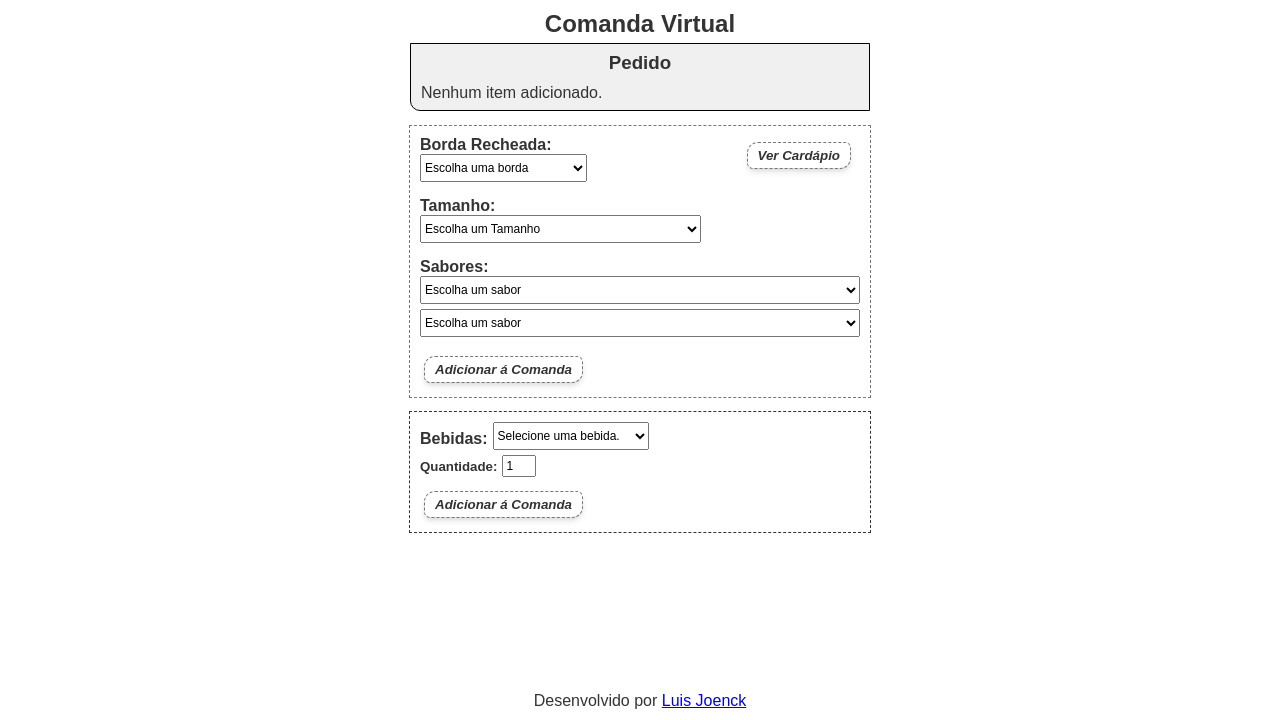
Repository: Joenck91/front-comanda-virtual
Page: index.html
An editor plug-in stored every save of this project. The page is shown before and after the next save, followed by the edit.
The browser window is 1280 px wide. The pictures show the whole page.

Above is the page before, as saved 2025-10-05 15:13:06.

### index.html
<!DOCTYPE html>
<html lang="pt-br">
<head>
    <meta charset="UTF-8">
    <meta name="viewport" content="width=device-width, initial-scale=1.0">
    <title>Virtual Command</title>
    <link rel="stylesheet" href="style/base.css">
    <link rel="stylesheet" href="style/layout.css">
    <link rel="stylesheet" href="style/modules.css">
    <link rel="stylesheet" href="style/themes.css">
    <link rel="stylesheet" href="style/responsive.css">
</head>
<body class="body-style">
    <header>
        <div class="title-buttons">
            <h2>Comanda Virtual</h2>
        </div>
        <div class="command-box" id="total">
            <h3>Pedido</h3>
            <div class="ordered-items" id="ordered-items">
                <p>Nenhum item adicionado.</p>
            <!--CRIAR ESTRUTURA DE PEDIDO COM JSON-->
            </div>
        </div>
    </header>

    <main>
        <!-- Cardápio-->
        <div class="view-menu-box" id="view-menu-box"></div>
        <!-- Formulário de Pizzas-->
        <form class="unit-pizza-box">

            <!-- Borda recheada -->
            <div class="border-pizza-box pad-bot-10">
                <label for="border"><h4>Borda Recheada:</h4></label>
                <select name="border" id="border" required>
                    <option value="" selected >Escolha uma borda</option>
                </select>
            </div>

            <!-- Tamanho da pizza -->
            <div class="size-pizza-box pad-bot-10">
                <label for="size"><h4>Tamanho:</h4></label>
                <select name="size" id="size" required>
                    <option value="" selected >Escolha um Tamanho</option>
                </select>
            </div>

            <!-- Sabores -->
            <div id="choose-pizza-box" class="choose-pizza-box pad-bot-10">
                <button type="button" class="buttons-style view-menu-button" id="view-menu"><strong>Ver Cardápio</strong></button>
                <label for="flavors"><h4>Sabores:</h4></label>
                <select name="flavors" id="flavor_one" class="flavor_one" required>
                    <option value="" selected >Escolha um sabor</option>
                </select>
                <select name="flavors" id="flavor_two" class="flavor_two">
                    <option value="" selected >Escolha um sabor</option>
                </select>
                <select name="flavors" id="flavor_three" class="flavor_three">
                    <option value="" selected >Escolha um sabor</option>
                </select>
                <select name="flavors" id="flavor_four" class="flavor_four">
                    <option value="" selected >Escolha um sabor</option>
                </select>
            </div>

            <button type="submit" class="buttons-style"><strong>Adicionar á Comanda</strong></button>
        </form>

        <!-- Formulário de Bebidas -->
        <form class="command-drink">
            <div class="choose-drink-box">
                <label for="drinks"><h4>Bebidas:</h4></label>
                <select name="drinks" id="" required>
                    <option value="">Selecione uma bebida.</option>
                </select>
            </div>
            <div class="unit-input-drink">
                <label for="unit-drink"><h5>Quantidade:</h5></label>
                <input type="number" name="unit-drink" id="unit-drink" min="1" value="1" required>
            </div>
            <button type="submit" class="buttons-style"><strong>Adicionar á Comanda</strong></button>
        </form>
    </main>
    <footer>
        <p>Desenvolvido por <a href="www.instagram.com/joenckluis">Luis Joenck</a></p>
    </footer>

<script type="module" src="script/main.js"></script>
</body>
</html>

### style/base.css
*{
    margin:0;
    padding:0;
    box-sizing:border-box;
}
html, body{
    width:100%;
    height: 100%;
    display:flex;
    flex-direction:column;
    align-items: center;
    justify-content: start;
    overflow: auto;
    font-family: Arial, Helvetica, sans-serif;
    color: #333;
}
body{
    max-width: 500px;
}
header{
    width: 100%;
    display: flex;
    flex-direction: column;
    justify-content: center;
    align-items: center;
    padding: 10px 20px 0 20px;
    top:0;
    left: 0;
    z-index: 1000;
    background-color: white;
}
main{
    flex: 1;
    margin: 0 auto;
    padding: 0 20px;
    border-radius: 4px;
    width: 100%;
    max-width: 100%;
    position: relative;
}
h1{
    padding-bottom: 15px;
}
h2{
    padding-bottom: 5px;
}
li{
    font-style: italic;
}
button{
    background-color: #ccc;
    color: #333;
    padding: 5px 10px;
    border: 1px solid #333;
    border-radius: 5px;
    margin:5px;
    box-shadow: 0 4px 6px rgba(0, 0, 0, 0.1),
    0 2px 4px rgba(0, 0, 0, 0.06);
}
button:hover{
    cursor:pointer;
}
select{
    margin-bottom: 5px;
    padding: 5px 0;
    font-size: 12px;
}
label{
    margin-right: 5px;
}
input[type="number"] {
    font-size: 12px;
    padding: 2px;
    width: 5ch;
}
input:hover{
    cursor: pointer;
}
option p{
    background-color: #f0f0f0;
    padding: 5px;
}
footer{
    padding: 10px;
}

### style/layout.css
/*-----------------------------------------------------------------------------*/
/*                               HEADER                                        */
/*-----------------------------------------------------------------------------*/

/*-----------------------------------------------------------------------------*/
/*                          PEDIDO                                     */
/*-----------------------------------------------------------------------------*/
.command-box{
    background-color:#f0f0f0;
    width: 100%;
    padding: 8px 10px;
    height: fit-content;
    border-bottom-left-radius: 10px;
    border: 1px solid black;
    display: flex;
    flex-direction: column;
}
.command-box h3{
    width: 100% ;
    text-align: center;
    margin-bottom: 10px;}
.ordered-item{
    border: 1px dashed #333;
    padding: 5px;
    margin: 5px 0;
    min-width: 100%;
}

/*-----------------------------------------------------------------------------*/
/*                              CARDÁPIO                                       */
/*-----------------------------------------------------------------------------*/
.view-menu-box{/*pagina do cardápio*/
    position: absolute;
    right: 20px;
    left: 20px;
    background-color:rgb(255, 244, 227);
    padding: 10px;
    width: fit-content;
    max-width: 94%;
    height: 80vh;
    overflow: auto;
    border-radius: 15px;
    display: none;
    flex-direction: column;
    box-shadow: 0 4px 8px #00000033;
    z-index: 1000;
    outline: 1px dashed #333;
}
.menu-title{/*titulos do cardápio 'pizzas/bebidas*/
    border-bottom: 2px dashed black;
    text-align: center;
    padding: 3px;
    margin: 15px 0;
}
.menu-item{/*Itens do menu*/
    margin: 3px 0;
}
.pizza-description{/*Descrições de cada item*/
    margin-left: 25px;
}
/*-----------------------------------------------------------------------------*/
/*                        UNIDADE DE PIZZA                                     */
/*-----------------------------------------------------------------------------*/
.unit-pizza-box{/*Div pai com as opções de escolhas de uma pizza.*/
    outline: 1px dashed #777;
    padding: 10px;
    margin: 15px 0;
}
.border-pizza-box, .size-pizza-box{/*Box com opções de bordas*/

    display: flex;
    flex-direction: column;
    width: fit-content;
    align-items: start;
}
.choose-pizza-box{/*box referente aos campos para escolher sabores*/
    display: flex;
    flex-direction: column;
    position: relative;
}
.flavor_three, .flavor_four{/*Referente ao terceiro e quarto sabro que só devem aparecer conforme escolha de tamanhos.*/
    display: none;
}
/*-----------------------------------------------------------------------------*/
/*                        UNIDADE DE BEBIDA                                    */
/*-----------------------------------------------------------------------------*/
.command-drink{/*Div pai com as opções de escolhas de uma bebida*/
    outline: 1px dashed #333;
    padding: 10px;
    margin: 15px 0;
}
.choose-drink-box, .unit-input-drink{
    display: flex;
    flex-direction: row;
    align-items: center;
}
.unit-input-drink{
    padding-bottom: 10px;
}

### style/modules.css
/*-----------------------------------------------------------------------------*/
/*                             BOTÕES                                          */
/*-----------------------------------------------------------------------------*/
.view-menu-button{
    position: absolute;
    top: -120px;
    right: 5px;;
}
.menu-exit{/*botão que fecha o cardápio*/
    display: flex;
    position: sticky;
    top:0;
    width: fit-content;
    margin-left: auto;
    background-color: #f0f0f0;
    box-shadow: 0 4px 6px rgba(0, 0, 0, 0.1),
    0 2px 4px rgba(0, 0, 0, 0.06);
    border-radius: 2px 10px;
}
.buttons-style{/*Estilo para os botões*/
    width: fit-content;
    outline: 1px dashed #777;
    border: none;
    border-radius: 10px 5px;
    background-color: white;
    font-style: italic;
}
/*-----------------------------------------------------------------------------*/
/*                     PARA VÁRIOS ELEMENTOS                                   */
/*-----------------------------------------------------------------------------*/
.pad-bot-10{
    padding-bottom: 10px;
}

### script/main.js
import viewMenuBox from "./interface/view-menu.js";
import menuShowClose from "./buttons/menu-show-close.js";
import * as inputsContent from "./interface/inputs-contents.js"
import chooseSize from "./interface/choose-sizes.js";
import * as writingOrders from "./command/orders.js";

//Funções que precisam acessar json.
document.addEventListener('DOMContentLoaded', ()=>{
    // Faz uma requisição GET para a rota /api/menu para buscar os dados do cardápio.
    fetch('./data/menu.json')
    .then(res => res.json()) // Converte a resposta para JSON.
    .then(menu => {


        viewMenuBox(menu);  //Carrega menu.
        menuShowClose();    //Abre e fecha cardápio.
        inputsContent.showBorders(menu.borders);//Opções de bordas
        inputsContent.showsizes(menu.sizes);//Opções de tamanhos
        inputsContent.showFlavors(menu.pizzas);//Opções de pizzas
        inputsContent.showDrinks(menu.drinks);  //Opções de bebidas
        chooseSize();//Define quantidade de sabores de acordo com o tamanho selecionado.
        writingOrders.writingOrder(menu);//Armazena as opçoes escolhidas pelo usuário na variável orders


    })
    .catch(err => console.error('Erro ao carregar menu:', err));// Captura e exibe no console qualquer erro ocorrido ao carregar o menu.
});

### script/interface/view-menu.js
/* ********FUNÇÃO QUE CRIA O CARDÁPIO ******** */


export default function viewMenuBox (menu){
  const box = document.getElementById('view-menu-box');
        box.innerHTML = ''; // Limpa o conteúdo da div

        //Cria o titula Pizzas
        const titlePizza = document.createElement('h3');
        titlePizza.classList.add('menu-title');
        titlePizza.textContent = 'Pizzas';
        box.appendChild(titlePizza);

        const exit = document.createElement('button');
        exit.type ='button';
        exit.classList.add('menu-exit')
        exit.classList.add('exit-delete')
        exit.id = 'menuExit';
        exit.textContent = 'Sair';
        box.appendChild(exit);

        // Cria a lista das pizzas
        menu.pizzas.forEach(pizza => {
          const pizzaDiv = document.createElement('div');
          pizzaDiv.classList.add('menu-item'); // você pode estilizar no CSS

          const pizzaTitle = document.createElement('h4');
          pizzaTitle.textContent = `🍕 ${pizza.name}`;

          const pizzaDesc = document.createElement('p');
          pizzaDesc.classList.add('pizza-description')
          pizzaDesc.textContent = pizza.description;

          pizzaDiv.appendChild(pizzaTitle);
          pizzaDiv.appendChild(pizzaDesc);
          box.appendChild(pizzaDiv);
        });

        //Cria o titulo Bebidas
        const titleDrink = document.createElement('h3');
        titleDrink.classList.add('title');
        titleDrink.textContent = 'Bebidas';
        box.appendChild(titleDrink);

        //Cria a lista das bebidas
        menu.drinks.forEach(drink => {
          const drinkDiv = document.createElement('div');
          drinkDiv.classList.add('item');

          const drinkTitle = document.createElement('h4');
          drinkTitle.textContent = `🥤 ${drink.name} - R$ ${drink.price.toFixed(2)}`;

          drinkDiv.appendChild(drinkTitle);
          box.appendChild(drinkDiv);
        });
};

### script/buttons/menu-show-close.js

//Função para mostrar cardápiio e fechar cardápio
export default function menuShowClose (){
    const viewMenu = document.getElementById('view-menu');//Identifica o botão com "Ver cardápio"
    const closeMenu = document.getElementById('menuExit');//Identifica botão "sair" do cardápio.
    const menuBox = document.querySelector('.view-menu-box');//Identifica div que mostra cardápio

    viewMenu.addEventListener('click',()=>{//Escuta o evento de clique no botão "Ver cardápio"
        console.log("abrir")
        menuBox.style.display = 'flex';
    });
    closeMenu.addEventListener('click', ()=>{//Escuta o evento clique no botão "sair"
       console.log("sair");
        menuBox.style.display = 'none';
    });
};

### script/interface/inputs-contents.js
// Funções para preencher os selects
function showsizes(sizes) {
    const selectSizes = document.getElementById("size");
    sizes.forEach(size => {
        const option = document.createElement("option");
        option.value = size.name;
        option.textContent = `${size.name} - R$${size.price.toFixed(2)}`;
        selectSizes.appendChild(option);
    });
}

function showFlavors(pizzas) {
    const selectsFlavors = [
        document.getElementById("flavor_one"),
        document.getElementById("flavor_two"),
        document.getElementById("flavor_three"),
        document.getElementById("flavor_four")
    ];

    selectsFlavors.forEach(select => {
        pizzas.forEach(pizza => {
            const option = document.createElement("option");
            option.value = pizza.name;
            option.textContent = pizza.name;
            select.appendChild(option);
        });
    });
}

function showBorders(borders) {
    const selectBorder = document.getElementById("border");
    borders.forEach(border => {
        const option = document.createElement("option");
        option.value = border.name;
        option.textContent = `${border.name} - R$${border.price.toFixed(2)}`;
        selectBorder.appendChild(option);
    });
}

function showDrinks(drinks) {
    const selectDrinks = document.querySelector('.command-drink select');
    drinks.forEach(drink => {
        const option = document.createElement("option");
        option.value = drink.name;
        option.textContent = `${drink.name} - R$${drink.price.toFixed(2)}`;
        selectDrinks.appendChild(option);
    });
}

export {showBorders, showsizes, showFlavors, showDrinks};

### script/interface/choose-sizes.js
// Pega o select de tamanho
const selectSize = document.getElementById("size");

// Variável para armazenar o tamanho selecionado
let sizeChecked = "";

//Função para exibir os sabores de acordo com a escolha do tamanho da pizza
function updateFlavor(size) {
    document.querySelector('.flavor_three').style.display = (size === 'GRANDE(3 sabores, 12 fatias, 35cm)' || size === 'GIGANTE(4 sabores, 16 fatias, 40cm)' || size === 'KING(4 sabores, 20 fatias, 45cm)') ? 'flex' : 'none';//Se o tamanho for grande, gigante e king: aparece o terceiro sabor
    document.querySelector('.flavor_four').style.display = (size === 'GIGANTE(4 sabores, 16 fatias, 40cm)' || size === 'KING(4 sabores, 20 fatias, 45cm)') ? 'flex' : 'none';//Se o tamanho for gigante e king: aparece o quarto sabor.
}

export default function chooseSizes (){
        // Escuta quando o usuário muda a opção
    selectSize.addEventListener("change", (event) => {
        sizeChecked = event.target.value; // aqui está o valor selecionado
        updateFlavor(sizeChecked);
    });
};

### script/command/orders.js
import  showItems from "../interface/command-box/show-items.js";
//Array que guarda todos os pedidos da sessão
let notedOrder = {
    pizzas: [],
    drinks: []
};

function writingOrder (menu){
    // Captura o envio do formulário de pizza
    const formPizza = document.querySelector('.unit-pizza-box');
    formPizza.addEventListener('submit', (e) => {
        e.preventDefault(); // evita reload da página
        //código aqui

        const pizzaOrder = {
            pizza: document.getElementById('size').value,
            borda: document.getElementById('border').value,
            sabores: [
                document.getElementById('flavor_one').value,
                document.getElementById('flavor_two').value,
                document.getElementById('flavor_three').value,
                document.getElementById('flavor_four').value
            ].filter(s => s), // remove strings vazias
        };

        // Adiciona ao array de pedidos
        notedOrder.pizzas.push(pizzaOrder);

        // Atualiza a exibição dos itens pedidos
        showItems(notedOrder);


        console.log(notedOrder);


    });

    //Captura o envio do formulário de bebidas
    const formDrinks = document.querySelector('.command-drink');
    formDrinks.addEventListener('submit', (e) =>{
        e.preventDefault(); //evita reload da página
        //código aqui
        const drinkOrder = {
            bebida: document.querySelector('.command-drink select').value,
            quantidadeBebida: parseInt(document.getElementById('unit-drink').value, 10)
        };

        // Adiciona ao array de pedidos
        notedOrder.drinks.push(drinkOrder);
        // Atualiza a exibição dos itens pedidos
        showItems(notedOrder);


        console.log(notedOrder);
    });

};

export {writingOrder, notedOrder};

### script/interface/command-box/show-items.js

//função que mostra os itens pedidos na interface
export default function showItems(notedOrder){
    const orderedItemsDiv = document.getElementById('ordered-items');
    orderedItemsDiv.innerHTML = ''; // Limpa o conteúdo anterior

    // Mostra pizzas
    notedOrder.pizzas.forEach((pizza, index) => {
        const pizzaDiv = document.createElement('div');
        pizzaDiv.classList.add('ordered-item');
        pizzaDiv.innerHTML = `
            <h4>Pizza ${index + 1}</h4>
            <p>Pizza: ${pizza.pizza}</p>
            <p>Borda: ${pizza.borda}</p>
            <p>Sabor(es): ${pizza.sabores.join(', ')}</p>
            <button class="remove-button" data-index="${index}" data-type="pizza">Remover Pizza</button>
        `;
        orderedItemsDiv.appendChild(pizzaDiv);
    });

    // Mostra bebidas
    notedOrder.drinks.forEach((drink, index) => {
        const drinkDiv = document.createElement('div');
        drinkDiv.classList.add('ordered-item');
        drinkDiv.innerHTML = `
            <h4>Bebida ${index + 1}</h4>
            <p>Bebida: ${drink.bebida}</p>
            <p>Quantidade: ${drink.quantidadeBebida}</p>
            <button class="remove-button" data-index="${index}" data-type="drink">Remover Bebida</button>
        `;
        orderedItemsDiv.appendChild(drinkDiv);
    });
};

### script/buttons/remove-command-item.js
//função que remove itens da comanda

import { notedOrder } from "../command/orders";
import showItems from "../interface/command-box/show-items.js";

export default function removeCommandItem(){
    const orderedItemsDiv = document.getElementById('ordered-items');

    orderedItemsDiv.addEventListener('click', (e) => {
        if (e.target.classList.contains('remove-button')) {
            const index = parseInt(e.target.getAttribute('data-index'), 10);
            const type = e.target.getAttribute('data-type');

            if (type === 'pizza') {
                notedOrder.pizzas.splice(index, 1);
            } else if (type === 'drink') {
                notedOrder.drinks.splice(index, 1);
            }

            // Atualiza a exibição dos itens pedidos
            showItems(notedOrder);

            console.log(notedOrder);
        }
    });
}

Loaded but not shown: data/menu.json (282 lines, source omitted); style/themes.css (no stored copy; drawn as an empty file); style/responsive.css (no stored copy; drawn as an empty file)

After the next save:
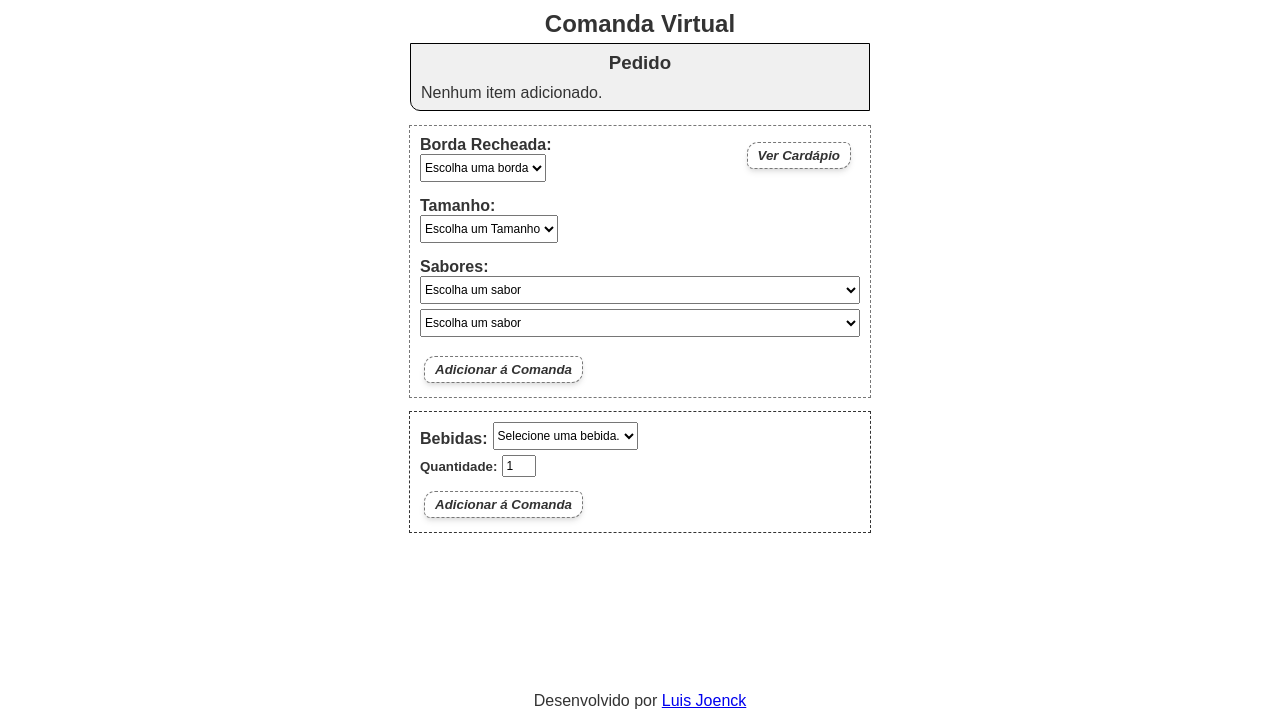
Not found: script/command/orders
Saved 10 min 25 s later.
--- a/script/main.js
+++ b/script/main.js
@@ -3,6 +3,7 @@ import menuShowClose from "./buttons/menu-show-close.js";
 import * as inputsContent from "./interface/inputs-contents.js"
 import chooseSize from "./interface/choose-sizes.js";
 import * as writingOrders from "./command/orders.js";
+import removeCommandItem from "./buttons/remove-command-item.js";
 
 //Funções que precisam acessar json.
 document.addEventListener('DOMContentLoaded', ()=>{
@@ -20,7 +21,7 @@ document.addEventListener('DOMContentLoaded', ()=>{
         inputsContent.showDrinks(menu.drinks);  //Opções de bebidas
         chooseSize();//Define quantidade de sabores de acordo com o tamanho selecionado.
         writingOrders.writingOrder(menu);//Armazena as opçoes escolhidas pelo usuário na variável orders
-
+        removeCommandItem();//Remove itens da comanda
 
     })
     .catch(err => console.error('Erro ao carregar menu:', err));// Captura e exibe no console qualquer erro ocorrido ao carregar o menu.

After the 2 saves that followed:
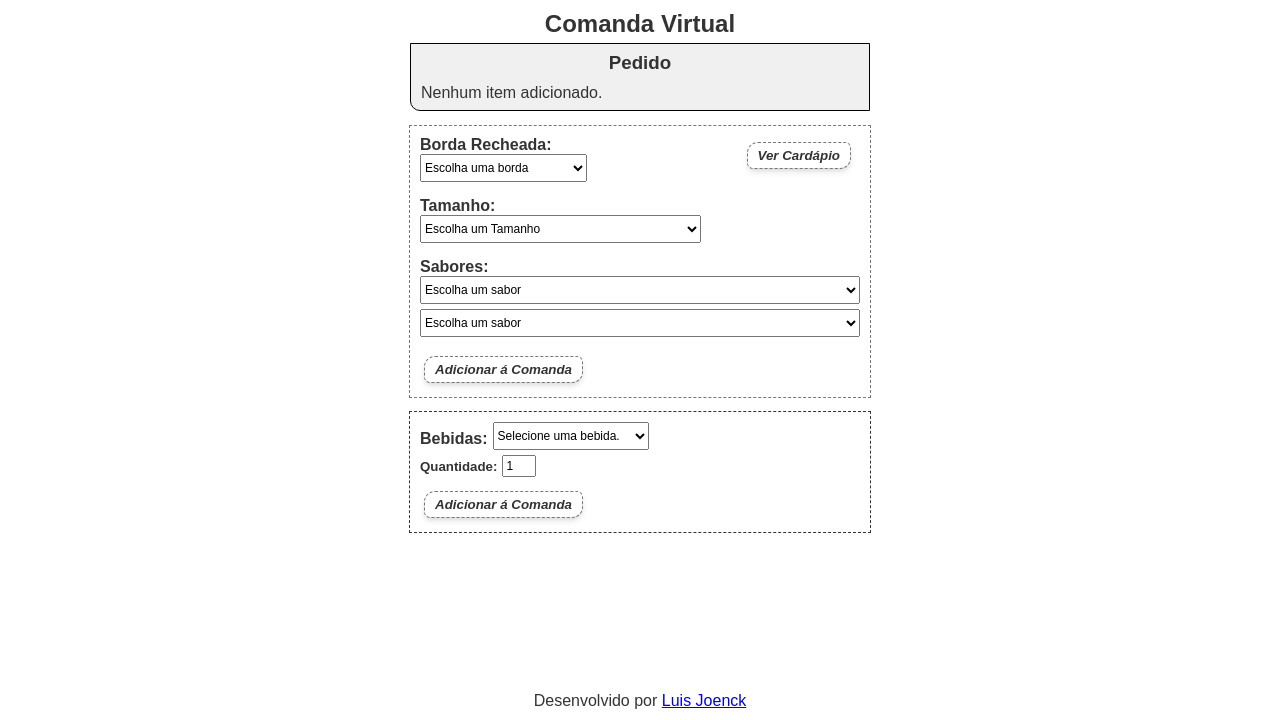
The 2 saves are shown as one change because 1 left the picture as it was.
The last was saved 7 min 17 s later.
--- a/script/buttons/remove-command-item.js
+++ b/script/buttons/remove-command-item.js
@@ -1,13 +1,14 @@
 //função que remove itens da comanda
 
-import { notedOrder } from "../command/orders";
+import { notedOrder } from "../command/orders.js";
 import showItems from "../interface/command-box/show-items.js";
 
 export default function removeCommandItem(){
-    const orderedItemsDiv = document.getElementById('ordered-items');
-
-    orderedItemsDiv.addEventListener('click', (e) => {
-        if (e.target.classList.contains('remove-button')) {
+    // Adiciona o listener ao 'document' em vez de um elemento específico
+    document.addEventListener('click', (e) => {
+        // Verifica se o elemento clicado (e.target) está DENTRO de #ordered-items
+        // e se ele tem a classe 'remove-button'
+        if (e.target.closest('#ordered-items') && e.target.classList.contains('remove-button')) {
             const index = parseInt(e.target.getAttribute('data-index'), 10);
             const type = e.target.getAttribute('data-type');
 
